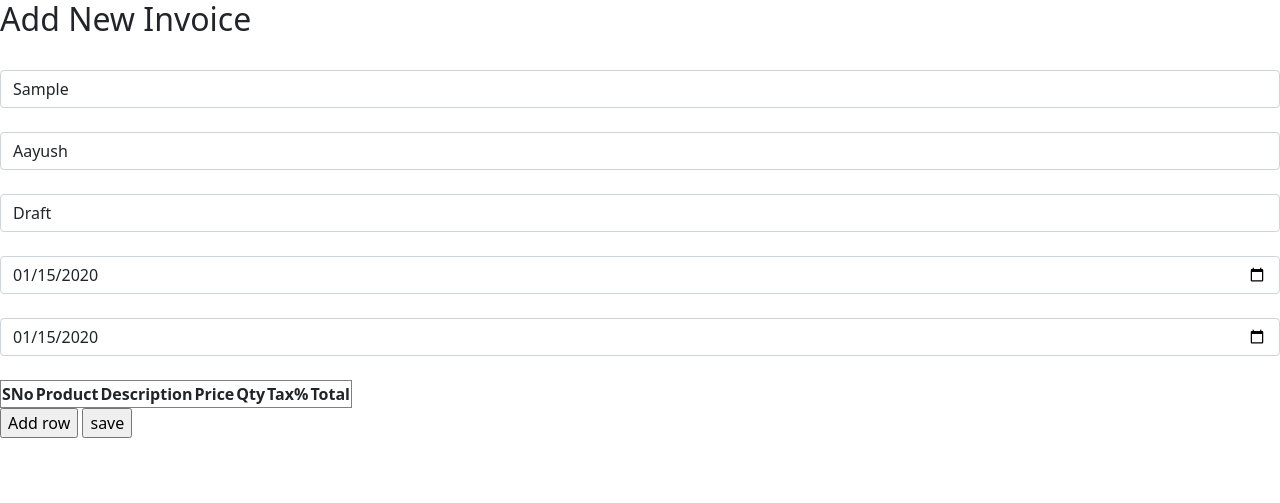
Repository: Aayush13013/Invoice_Management_app
Page: http://localhost/invoiceInfo/WEB-INF/jsp/new_invoiceInfo.jsp
These files come from the project's save history. The page is drawn as it stood at one moment and after a run of saves; the edit follows.
The browser window is 1280 px wide. The pictures show the whole page.
Empty fields were first filled with sample values (such as "Sample", 5 or name@example.com).
After loading, the first visible `input[onclick="addRows('myTable')"]` was clicked once.
The page is served by Tomcat 9. Nobody is signed in. The template is opened directly, without the code that normally fills it, so the values that code supplies are empty.

Above is the page before, as saved 2021-12-27 07:53:17.
Console error: SyntaxError: Unexpected token '}'

After the next 4 saves:
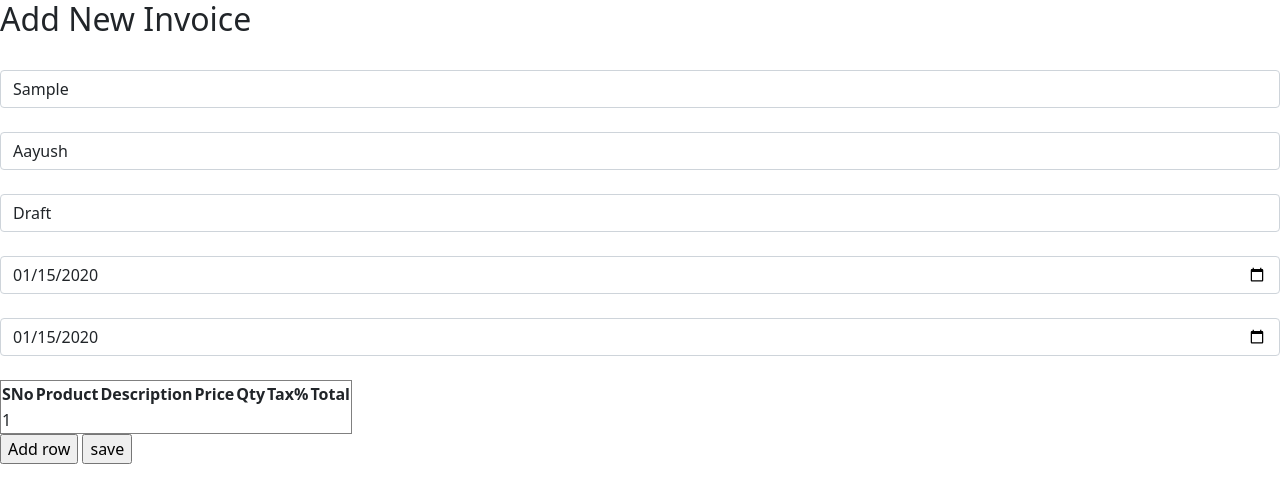
Console error: TypeError: document.createElementById is not a function
The 4 saves are shown as one change because they came seconds apart.
The last was saved 12 s later.
--- a/invoiceInfo/invoiceInfo/src/main/webapp/WEB-INF/jsp/new_invoiceInfo.jsp
+++ b/invoiceInfo/invoiceInfo/src/main/webapp/WEB-INF/jsp/new_invoiceInfo.jsp
@@ -34,7 +34,7 @@
             var element1 = document.createElement("select");
             element1.name="listOfProducts["+counts+"].productName";
             for(var i=0; i<array.length;i++){
-            	var option =
+            	var option = document.createElementById()
             }
             cell1.appendChild(element1);
 
